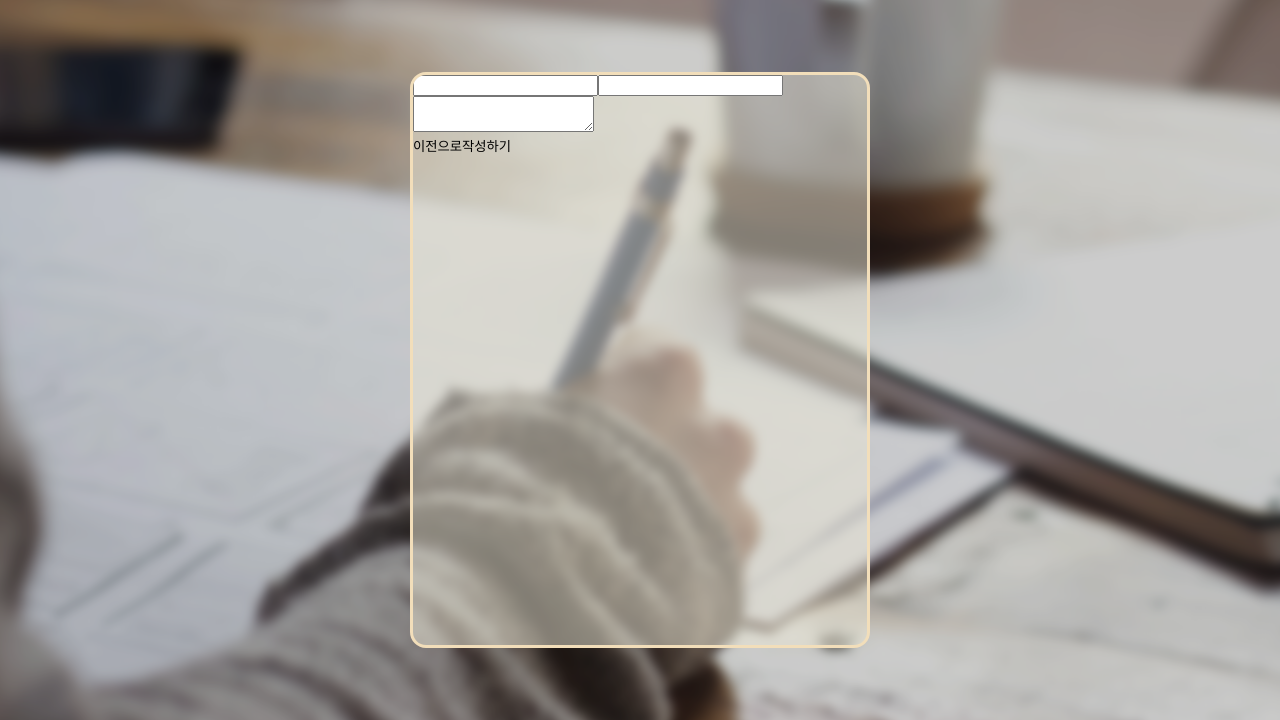
Repository: SeungYn/poje-frontend
Page: /portfolio/make
An editor plug-in stored every save of this project. The page is shown before and after the next save, followed by the edit.
The browser window is 1280 px wide. The pictures show the whole page.
The project was rebuilt for these pictures with package versions that can differ from the ones it lists, and the page was loaded fresh each time. Also part of the build but not shown: craco.config.js, src/components/auth/styledComponets.ts, src/components/auth/AuthLoginForm.tsx, src/components/auth/AuthSideBanner.tsx, src/components/auth/AuthSignUpForm.tsx, src/components/auth/AuthFormTemplate.tsx, src/components/auth/Login.tsx, src/components/auth/SignUp.tsx and 16 more.

Above is the page before, as saved 2023-01-16 22:07:18.

### src/index.tsx
import React from 'react';
import ReactDOM from 'react-dom/client';
import { RouterProvider } from 'react-router-dom';
import { ThemeProvider } from 'styled-components';
import { router } from './router';
import { GlobalStyle } from './styledComponents/styledComponents';
import { mainTheme } from './styledComponents/theme';
import './index.css';

const root = ReactDOM.createRoot(
  document.getElementById('root') as HTMLElement
);

root.render(
  <React.StrictMode>
    <GlobalStyle />
    <ThemeProvider theme={mainTheme}>
      <RouterProvider router={router}></RouterProvider>
    </ThemeProvider>
  </React.StrictMode>
);

### src/router.tsx
import { createBrowserRouter } from 'react-router-dom';
import Login from './components/auth/Login';
import SignUp from './components/auth/SignUp';
import AuthRoot from './pages/auth';
import JobPages from './pages/home/JobPages';
import MainPage from './pages/home/MainPage';
import Root from './pages/home/Root';
import NotFound from './pages/notFound/NotFound';
import PortfolioMain from './pages/portfolio/PortfolioMain';
import PortfolioMakePage from './pages/portfolio/PortfolioMakePage';
import PortfolioRootPage from './pages/portfolio/PortfolioRootPage';

export const router = createBrowserRouter([
  {
    path: '/',
    element: <Root />,
    children: [
      { path: '', element: <MainPage /> },
      // { path: 'job', element: <JobPages /> },
      { path: 'job/:type', element: <JobPages /> },
    ],
    errorElement: <NotFound />,
  },
  {
    path: '/portfolio',
    element: <PortfolioRootPage />,
    children: [{ path: ':id', element: <PortfolioMain /> }],
    errorElement: <NotFound />,
  },
  {
    path: '/portfolio/make',
    element: <PortfolioMakePage />,
    errorElement: <NotFound />,
  },
  {
    path: '/auth',
    element: <AuthRoot />,
    children: [
      { path: 'login', element: <Login /> },
      { path: 'signup', element: <SignUp /> },
    ],
    errorElement: <NotFound />,
  },
]);

### src/styledComponents/styledComponents.ts
import styled, { createGlobalStyle } from 'styled-components';
export const GlobalStyle = createGlobalStyle`
  @import url('https://fonts.googleapis.com/css2?family=Source+Sans+Pro:wght@300;400&display=swap');
  html, body, div, span, applet, object, iframe,
h1, h2, h3, h4, h5, h6, p, blockquote, pre,
a, abbr, acronym, address, big, cite, code,
del, dfn, em, img, ins, kbd, q, s, samp,
small, strike, strong, sub, sup, tt, var,
b, u, i, center,
dl, dt, dd, menu, ol, ul, li,
fieldset, form, label, legend,
table, caption, tbody, tfoot, thead, tr, th, td,
article, aside, canvas, details, embed,
figure, figcaption, footer, header, hgroup,
main, menu, nav, output, ruby, section, summary,
time, mark, audio, video {
  margin: 0;
  padding: 0;
  border: 0;



}
/* HTML5 display-role reset for older browsers */
article, aside, details, figcaption, figure,
footer, header, hgroup, main, menu, nav, section {
  display: block;
}
/* HTML5 hidden-attribute fix for newer browsers */
*[hidden] {
    display: none;
}
body {

}
menu, ol, ul {
  list-style: none;
}
blockquote, q {
  quotes: none;
}
blockquote:before, blockquote:after,
q:before, q:after {
  content: '';
  content: none;
}

input[type="text"]{
  outline: none;

}
table {
  border-collapse: collapse;
  border-spacing: 0;
}

button{
  outline: none;
  background:none;
  border:none;
  cursor:pointer;
  padding:0;
}

*{
  box-sizing: border-box;
}
html{
	height:100%;
}
body {
  font-family: 'Source Sans Pro', sans-serif;
	height:100%;


}

a{
  text-decoration:none;
  color:inherit;
}
`;

// common

export const CommonBtn = styled.button`
  display: flex;
  padding: 0.6rem 1.2rem;
  border-radius: 2rem;
  justify-content: center;
  align-items: center;
`;

export const ImgContainer = styled.div<{ imgUrl: string }>`
  position: relative;
  width: 100%;
  height: 100vh;
  background-image: linear-gradient(rgba(0, 0, 0, 0.1), rgba(0, 0, 0, 0.3)),
    url(${(props) => props.imgUrl});
  background-size: cover;
  background-position: center;
  background-attachment: fixed;
  display: flex;
  justify-content: center;
  align-items: center;
`;

export const MainButton = styled.button`
  display: flex;
  flex-direction: column;
  align-items: center;
  justify-content: center;
  font-size: 2rem;
  font-weight: bold;
  color: ${(props) => props.theme.textAccentColor};
  border: 2px solid ${(props) => props.theme.textAccentColor};
  border-radius: 5rem;
  padding: 0.8rem 2rem;

  & span {
    position: relative;
  }

  & span::after {
    position: absolute;
    left: 0;
    bottom: 0;
    content: '';
    width: 0%;
    height: 4px;
    background-color: ${(props) => props.theme.textAccentColor};
    transition: width 0.1s linear;
  }

  &:hover span::after {
    width: 100%;
  }
`;

### src/styledComponents/theme.ts
import { DefaultTheme } from 'styled-components';

export const mainTheme: DefaultTheme = {
  mainColor: '#f2deba',
  mainColorDark: 'rgb(147,136,140)',
  mainColorThickDark: 'rgb(51,52,57)',
  mainColorSemiDark: '#DECDAC',
  mainColorLight: 'rgb(237,234,215)',
  bgColor: 'white',
  darkBgColor: 'rgba(0, 0, 0, 0.1)',
  textColor: 'black',
  textAccentColor: 'white',
  accentColor: '#9c88ff',

  borderColor: '#eeeeee',
};

### src/index.css
#root {
  height: 100%;
  display: flex;
  flex-direction: column;
  overflow: hidden;
}

### src/pages/portfolio/PortfolioMakePage.tsx
import styled from 'styled-components';
const BACKGROUND_IMG_URL = `${process.env.PUBLIC_URL}/public_assets/portfolio_write.jpg`;
export default function PortfolioMakePage() {
  return (
    <Container backgroundImgUrl={BACKGROUND_IMG_URL}>
      <MakeFormContainer>
        <MakeForm>
          <input type='text' />
          <input type='text' />
          <textarea name='' id='' />
          <div>
            <button>이전으로</button>
            <button>작성하기</button>
          </div>
        </MakeForm>
      </MakeFormContainer>
    </Container>
  );
}

const Container = styled.section<{ backgroundImgUrl: string }>`
  position: relative;
  height: 100vh;
  width: 100%;

  &::before {
    z-index: -10;
    content: '';
    position: absolute;
    left: 0;
    top: 0;
    width: 100%;
    height: 100%;
    background-image: url(${(props) => props.backgroundImgUrl});
    background-position: center;
    background-size: cover;
    filter: blur(5px) brightness(0.8);
    transform: scale(1.1);
  }
`;

const MakeFormContainer = styled.div`
  position: absolute;
  left: 50%;
  top: 50%;
  transform: translate(-50%, -50%);
  height: 80vh;
  width: 460px;
`;

const MakeForm = styled.form`
  overflow: hidden;
  height: 100%;
  width: 100%;
  border: 3px solid ${(props) => props.theme.mainColor};
  border-radius: 1rem;
  background: rgb(237, 234, 215, 0.5);
`;

Loaded but not shown: public/index.html (common file)

After the next save:
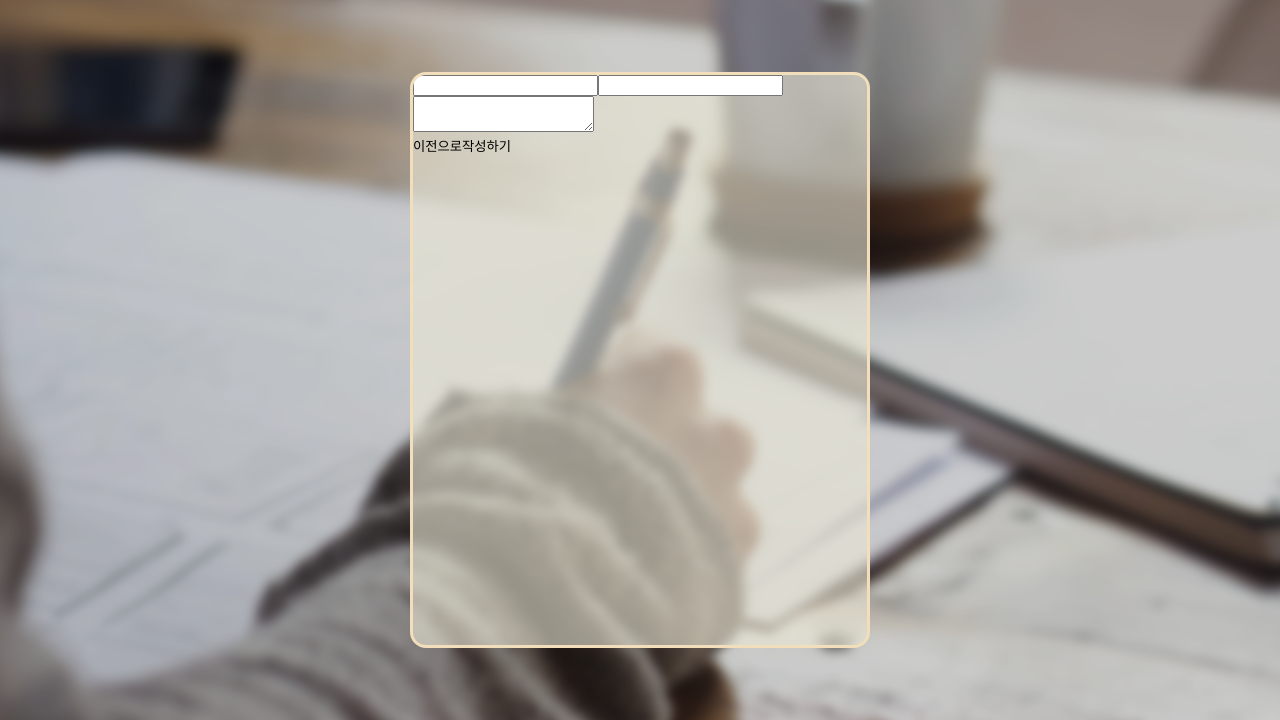
Saved 7 s later.
--- a/src/pages/portfolio/PortfolioMakePage.tsx
+++ b/src/pages/portfolio/PortfolioMakePage.tsx
@@ -54,5 +54,5 @@ const MakeForm = styled.form`
   width: 100%;
   border: 3px solid ${(props) => props.theme.mainColor};
   border-radius: 1rem;
-  background: rgb(237, 234, 215, 0.5);
+  background: rgb(237, 234, 215, 0.6);
 `;
